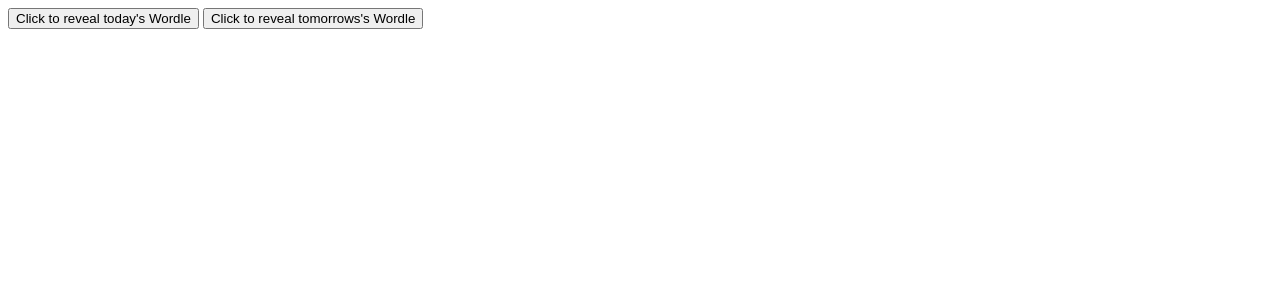
Repository: enoripl/tomorrows-wordle
Page: index.html
An editor plug-in stored every save of this project. The page is shown before and after the next save, followed by the edit.
The browser window is 1280 px wide. The pictures show the whole page.

Above is the page before, as saved 2022-02-09 16:17:15.

After the next save:
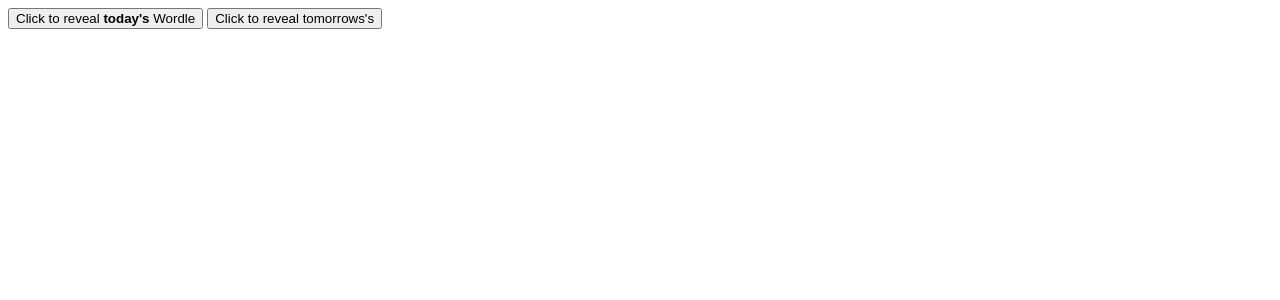
Saved 28 s later.
--- a/index.html
+++ b/index.html
@@ -9,7 +9,7 @@
     <title>Today's (and tommorow's Worlde)</title>
   </head>
   <body>
-      <button id="todays-btn">Click to reveal today's Wordle</button>
-      <button id="tomorrows-btn">Click to reveal tomorrows's Wordle</button>
+      <button id="todays-btn">Click to reveal <b>today's</b> Wordle</button>
+      <button id="tomorrows-btn">Click to reveal tomorrows's</button>
   </body>
 </html>
